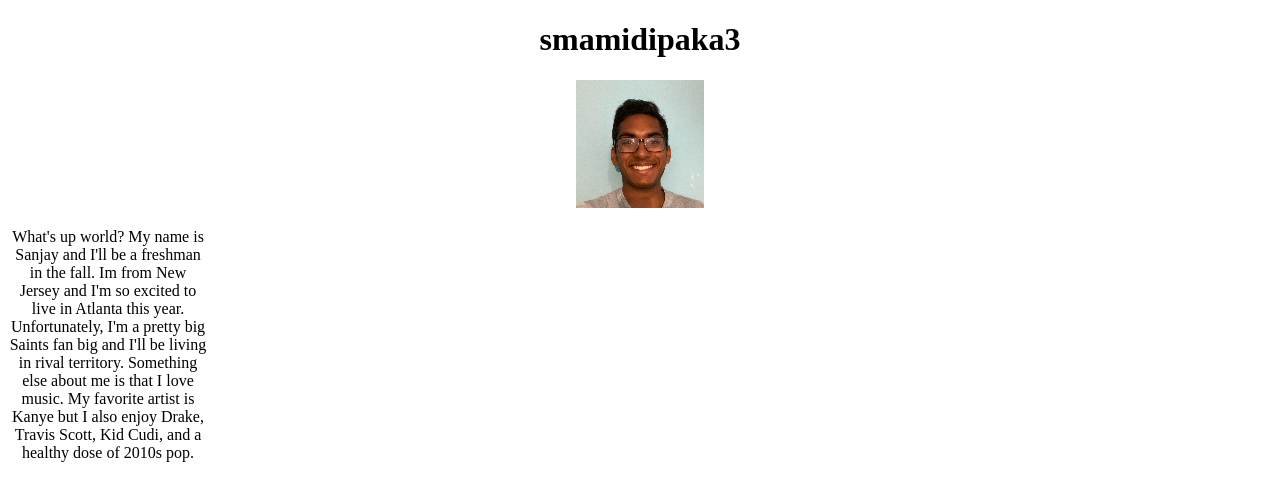
Repository: sanjayMamidipaka/cs1301
Page: lab01/index.html
The author's editor kept a copy of each file at every save. The page is drawn from the files as they stood at one save, then again after the next save.
The browser window is 1280 px wide. The pictures show the whole page.

Above is the page before, as saved 2021-07-22 15:58:30.

After the next save:
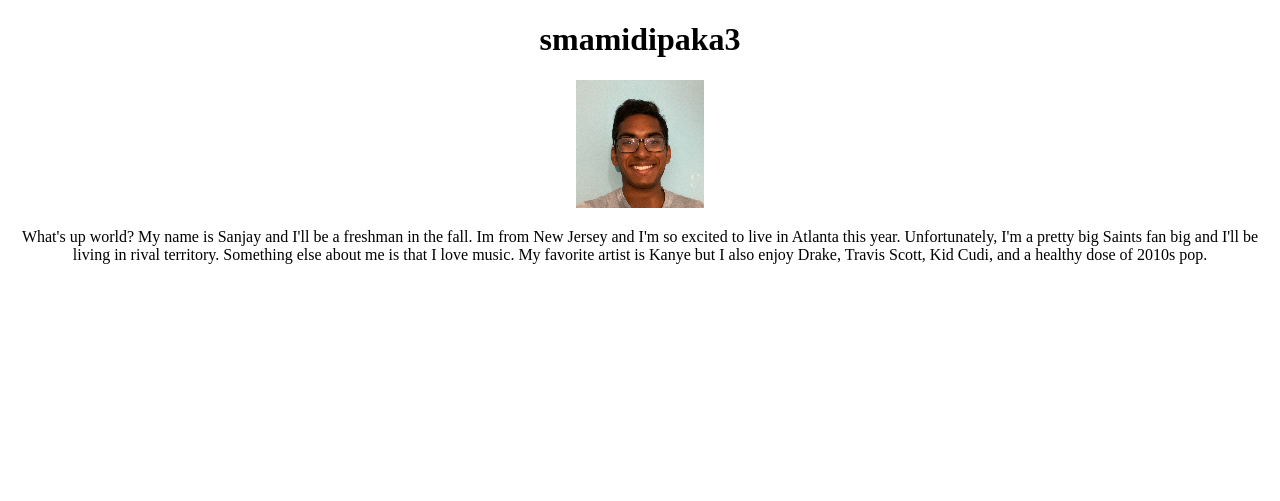
Saved 4 s later.
--- a/lab01/style.css
+++ b/lab01/style.css
@@ -3,6 +3,6 @@
 }
 
 .description {
-    width: 200px
-
+    width: 200px,
+    text
 }
